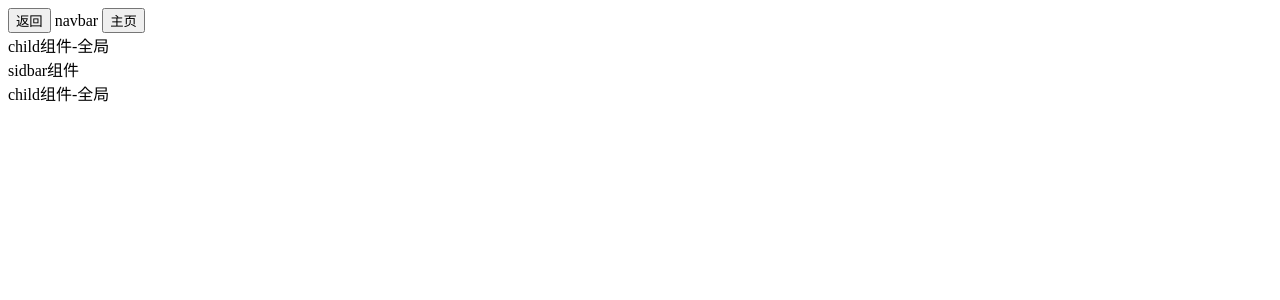
Repository: xiemin2161/mytest
Page: 01-组件.html
These files come from the project's save history. The page is drawn as it stood at one moment and after the next save; the edit follows.
The browser window is 1280 px wide. The pictures show the whole page.

Above is the page before, as saved 2023-02-01 17:01:00.

### 01-组件.html
<!DOCTYPE html>
<html>
  <head>
    <meta charset="utf-8" />
    <meta http-equiv="X-UA-Compatible" content="IE=edge,chrome=1" />
    <title>Examples</title>
    <meta name="description" content="" />
    <meta name="keywords" content="" />
    <link href="" rel="stylesheet" />
    <style>
      .navbar {
        background: red;
      }
    </style>
    <script type="text/javascript" src="lib/vue.js"></script>
  </head>
  <body>
    <div id="box">
      <navbar></navbar>
      <sidbar></sidbar>
    </div>

    <script type="text/javascript">
      //1、全局定义组件（作用域隔离）
      Vue.component("navbar", {
        template: `
        <div>
          <button @click="handleback()">返回</button>
          navbar
          <button>主页</button>
          <child></child>
        </div>
          `,
        methods: {
          handleback() {
            console.log("back");
          },
        },
        //局部定义组件
        components: {
          navbarchild: {
            template: `
              <div>navbarchild</div>
            `,
          },
        },
      });

      Vue.component("child", {
        template: `
          <div>child组件-全局</div>
        `,
      });

      Vue.component("sidbar", {
        template: `
          <div>
            sidbar组件
            <child></child>
        `,
      });
      new Vue({
        el: "#box",
      }); //root component  //root根组件
    </script>
  </body>
</html>

Loaded but not shown: lib/vue.js (library)

After the next save:
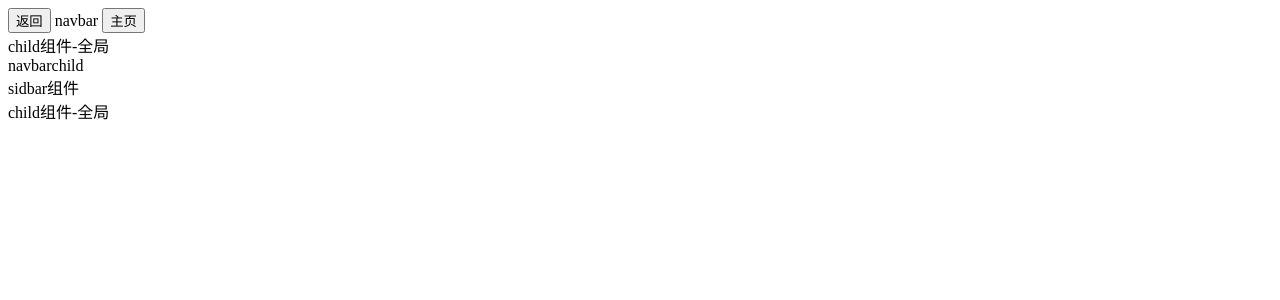
Saved 20 s later.
--- a/01-组件.html
+++ b/01-组件.html
@@ -29,6 +29,7 @@
           navbar
           <button>主页</button>
           <child></child>
+          <navbarchild></navbarchild>
         </div>
           `,
         methods: {
